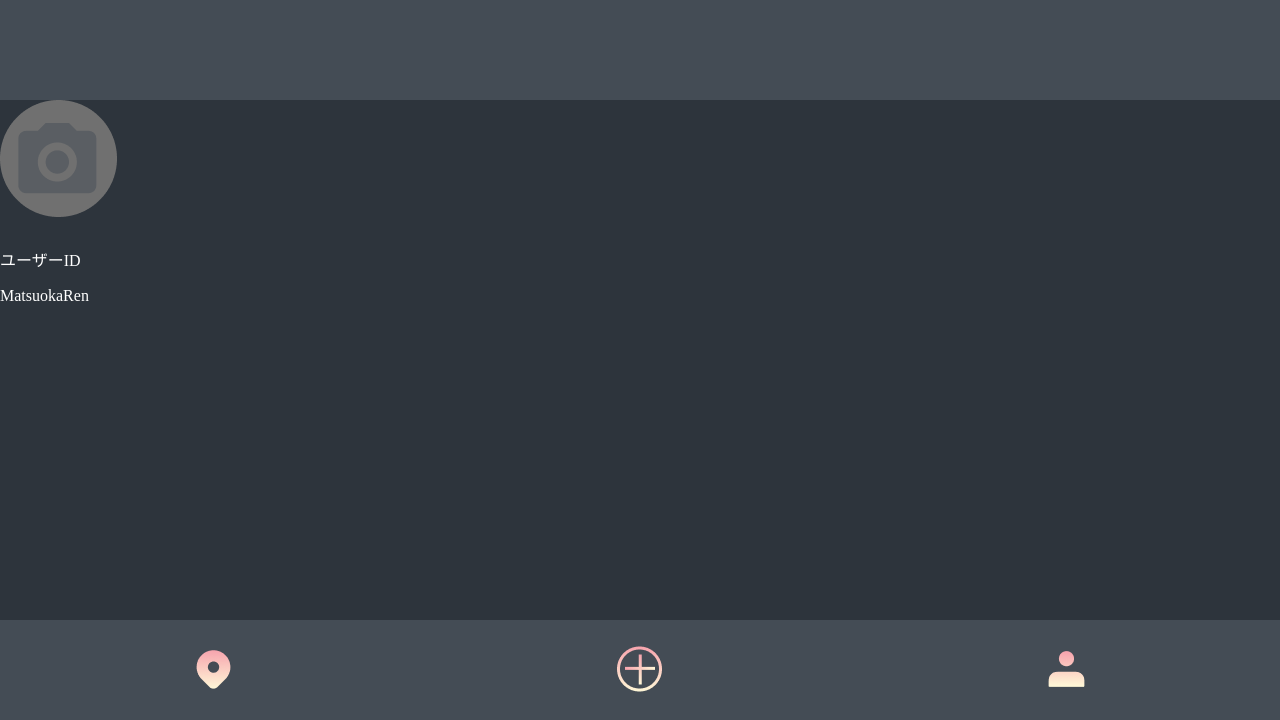
Repository: ren0714poo/respos
Page: edit.html
An editor plug-in stored every save of this project. The page is shown before and after the next save, followed by the edit.
The browser window is 1280 px wide. The pictures show the whole page.

Above is the page before, as saved 2025-07-17 13:45:40.

### edit.html
<!DOCTYPE html>
<html lang="ja">
<head>
  <meta charset="UTF-8">
  <meta name="viewport" content="width=device-width, initial-scale=1.0">
  <title>respos_edit</title>
  <link rel="stylesheet" href="css/edit.css">
</head>
<body>
  <header>
  </header>

  <main>
    <div class="edit">
      <img src="img/camera_chenge.png" alt="カエラ変更">
      <p>ユーザーID</p>
      <p>MatsuokaRen</p>
    </div>
  </main>

  <footer>
    <button type="button" id="pin" onclick="location.href='top.html'"><img src="img/tabler_map-pin-filled.png" alt="ピン"></button>
    <button type="button"><img src="img/post.png" alt="投稿"></button>
    <button type="button" id="profile" onclick="location.href='profile.html'"><img src="img/icon-park-solid_people.png" alt="プロフィール"></button>
  </footer>

</body>
</html>

### css/edit.css
@media screen and (max-width:480px){


}

html, body {
  color: white;
  background: #2D343C;
  height: 100%;
  margin: 0;
  padding: 0;
  display: grid;
  grid-template-rows: 100px calc(100vh - 200px) 100px;
  grid-template-areas:
  "header"
  "main"
  "footer"
  ;
}



header{
  width: 100%;
  height: 100px;
  background: #444C55;
  display: flex;
  grid-area: header;
}




main{
  grid-area: main;
}

.edit{
  img{
    text-align: center;
    margin-bottom: 10px;

  }
}









footer {
  background: #444C55;
  display: flex;
  justify-content: space-around;
  align-items: center;
}

footer button {
  background: transparent;
  border: none;
}

After the next save:
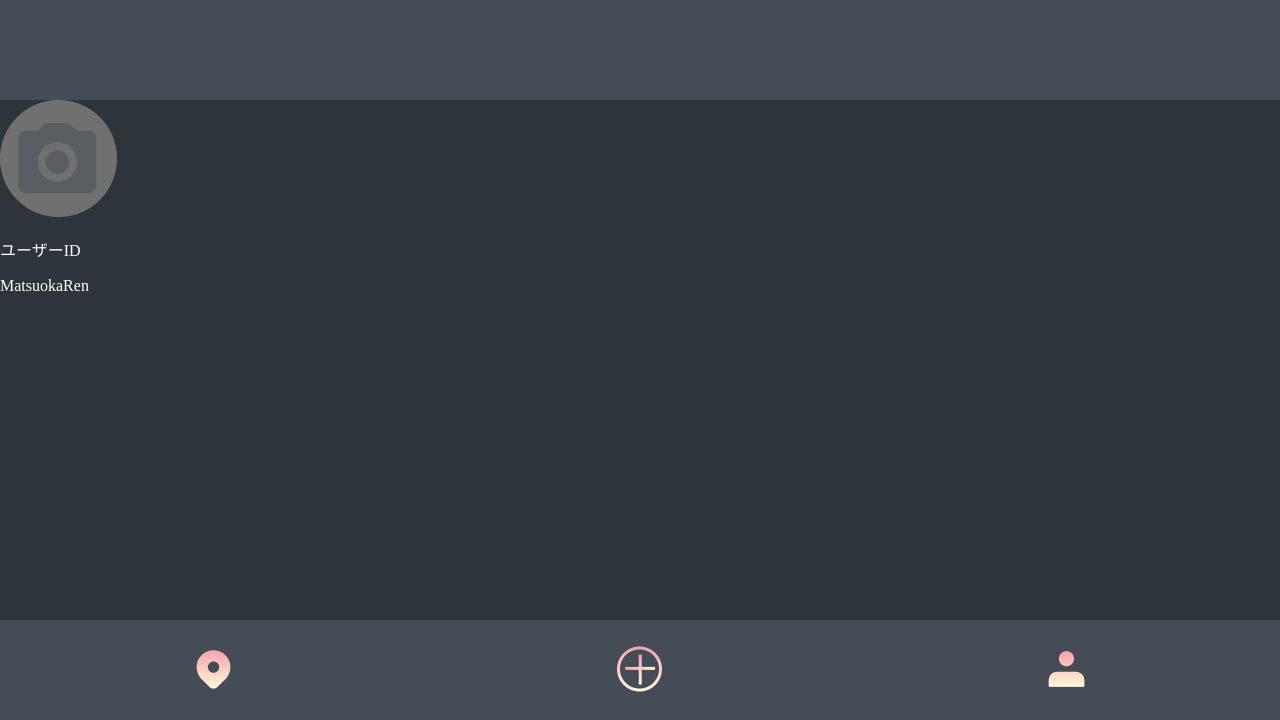
Saved 5 s later.
--- a/css/edit.css
+++ b/css/edit.css
@@ -35,13 +35,6 @@ main{
   grid-area: main;
 }
 
-.edit{
-  img{
-    text-align: center;
-    margin-bottom: 10px;
-
-  }
-}
 
 
 
